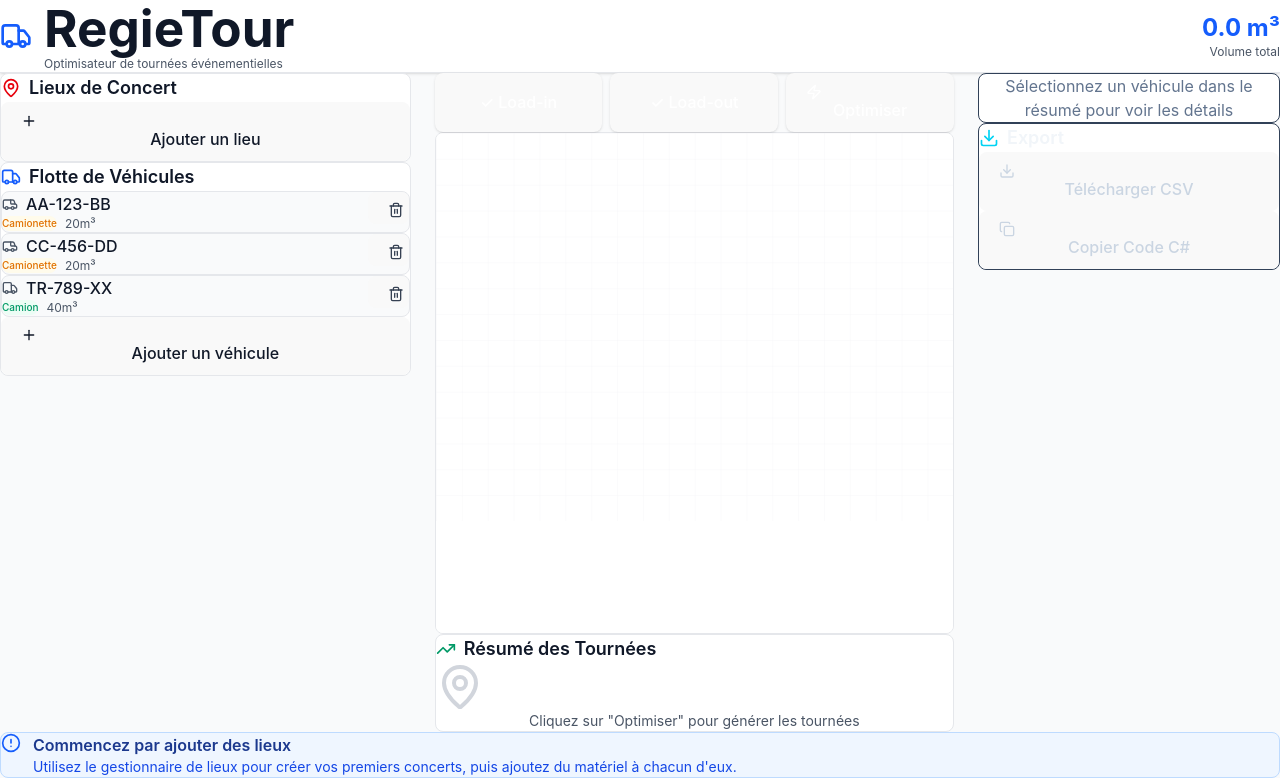
Repository: MaqlachMehdi/logipro
Page: /
An editor plug-in stored every save of this project. The page is shown before and after the next save, followed by the edit.
The browser window is 1280 px wide. The pictures show the whole page.
The project was rebuilt for these pictures with package versions that can differ from the ones it lists, and the page was loaded fresh each time. Also part of the build but not shown: vite.config.ts, src/components/ui/input.tsx, src/components/ui/label.tsx, src/components/VolumeEstimator.tsx, src/components/GearManager.tsx, src/components/ExportDatabase.tsx.

Above is the page before, as saved 2026-02-08 20:02:48.

### index.html
<!doctype html>
<html lang="en">
  <head>
    <meta charset="UTF-8" />
    <link rel="icon" type="image/svg+xml" href="/vite.svg" />
    <meta name="viewport" content="width=device-width, initial-scale=1.0" />
    <title>logipro</title>
  </head>
  <body>
    <div id="root"></div>
    <script type="module" src="/src/main.tsx"></script>
  </body>
</html>

### src/index.css
@import "tailwindcss";

* {
  margin: 0;
  padding: 0;
  box-sizing: border-box;
}

html {
  scroll-behavior: smooth;
}

body {
  background-color: #f8f9fa;
  color: #1a1a1a;
  font-family: -apple-system, BlinkMacSystemFont, 'Segoe UI', Roboto, 'Helvetica Neue', Arial, sans-serif;
  -webkit-font-smoothing: antialiased;
  -moz-osx-font-smoothing: grayscale;
}

/* Scrollbar styling */
::-webkit-scrollbar {
  width: 8px;
  height: 8px;
}

::-webkit-scrollbar-track {
  background: #f1f1f1;
}

::-webkit-scrollbar-thumb {
  background: #cbd5e1;
  border-radius: 4px;
}

::-webkit-scrollbar-thumb:hover {
  background: #94a3b8;
}
a:hover {
  color: #535bf2;
}

body {
  margin: 0;
  display: flex;
  place-items: center;
  min-width: 320px;
  min-height: 100vh;
}

h1 {
  font-size: 3.2em;
  line-height: 1.1;
}

button {
  border-radius: 8px;
  border: 1px solid transparent;
  padding: 0.6em 1.2em;
  font-size: 1em;
  font-weight: 500;
  font-family: inherit;
  background-color: #1a1a1a;
  cursor: pointer;
  transition: border-color 0.25s;
}
button:hover {
  border-color: #646cff;
}
button:focus,
button:focus-visible {
  outline: 4px auto -webkit-focus-ring-color;
}

@media (prefers-color-scheme: light) {
  :root {
    color: #213547;
    background-color: #ffffff;
  }
  a:hover {
    color: #747bff;
  }
  button {
    background-color: #f9f9f9;
  }
}

### src/components/index.tsx
export { FleetManager } from './FleetManager';
export { SpotManager } from './SpotManager';
export { VolumeEstimator } from './VolumeEstimator';
export { RouteSummary } from './RouteSummary';
export { MapPlanner } from './MapPlanner';
export { VehicleDetail } from './VehicleDetail';
export { ExportPanel } from './ExportPanel';
export { GearManager } from './GearManager';
export { ExportDatabase } from './ExportDatabase';

### src/utils/vrptw-solver.ts
import type { Vehicle, Spot, Route, Stop } from '../types';
import { GEAR_CATALOG } from './volume-data';


// Parse time string to minutes from midnight
function timeToMinutes(time: string | undefined): number {
  if (!time) return 0;
  const [hours, minutes] = time.split(':').map(Number);
  return hours * 60 + minutes;
}

// Format minutes back to time string
function minutesToTime(minutes: number): string {
  const hours = Math.floor(minutes / 60);
  const mins = minutes % 60;
  return `${hours.toString().padStart(2, '0')}:${mins.toString().padStart(2, '0')}`;
}

// Calculate distance using Haversine formula
function calculateDistance(lat1: number, lon1: number, lat2: number, lon2: number): number {
  const R = 6371; // Earth's radius in km
  const dLat = (lat2 - lat1) * Math.PI / 180;
  const dLon = (lon2 - lon1) * Math.PI / 180;
  const a =
    Math.sin(dLat/2) * Math.sin(dLat/2) +
    Math.cos(lat1 * Math.PI / 180) * Math.cos(lat2 * Math.PI / 180) *
    Math.sin(dLon/2) * Math.sin(dLon/2);
  const c = 2 * Math.atan2(Math.sqrt(a), Math.sqrt(1-a));
  return R * c;
}

interface UnassignedStop {
  spotId: string;
  spot: Spot;
  type: 'load-in' | 'load-out';
  earliest: number;
  latest: number;
  volume: number;
}

export function solveVRPTW(vehicles: Vehicle[], spots: Spot[], showLoadIn: boolean = true, showLoadOut: boolean = true): Route[] {
  const routes: Route[] = [];

  // Create unassigned stops from spots
  const unassignedStops: UnassignedStop[] = [];


  spots.forEach(spot => {
    // Calculate total volume for this spot from gear selections
    const spotVolume = spot.gearSelections.reduce((sum, sel) => {
      const gearItem = GEAR_CATALOG.find((g: any) => g.id === sel.gearId);
      return sum + (gearItem?.volume || 0) * sel.quantity;
    }, 0);

    // Load-in stop
    if (showLoadIn) {
      unassignedStops.push({
        spotId: spot.id,
        spot,
        type: 'load-in',
        earliest: timeToMinutes(spot.openingTime),
        latest: timeToMinutes(spot.concertTime),
        volume: spotVolume,
      });
    }

    // Load-out stop
    if (showLoadOut) {
      unassignedStops.push({
        spotId: spot.id,
        spot,
        type: 'load-out',
        earliest: timeToMinutes(spot.concertTime),
        latest: timeToMinutes(spot.closingTime),
        volume: spotVolume,
      });
    }
  });

  // Sort by earliest time (greedy approach)
  unassignedStops.sort((a, b) => a.earliest - b.earliest);

  // Assign stops to vehicles
  const availableVehicles = [...vehicles];
  const centerLat = 48.8566;
  const centerLon = 2.3522;

  while (unassignedStops.length > 0 && availableVehicles.length > 0) {
    const vehicle = availableVehicles.shift();
    if (!vehicle) break;

    const stops: Stop[] = [];
    let currentVolume = 0;
    let currentTime = 8 * 60; // Start at 8:00 AM
    let totalDistance = 0;

    let lastLat = centerLat;
    let lastLon = centerLon;

    // Try to assign stops to this vehicle
    for (let i = unassignedStops.length - 1; i >= 0; i--) {
      const stop = unassignedStops[i];

      // Check capacity
      if (currentVolume + stop.volume > vehicle.capacity) {
        continue;
      }

      // Calculate travel time (assume 30km/h average speed in city)
      const distance = calculateDistance(lastLat, lastLon, stop.spot.lat, stop.spot.lon);
      const travelTime = (distance / 30) * 60; // minutes
      const arrivalTime = currentTime + travelTime;

      // Check time window
      if (arrivalTime > stop.latest) {
        continue;
      }

      // Assign stop
      const serviceTime = 30; // 30 minutes for loading/unloading
      stops.push({
        venueId: stop.spotId,
        type: stop.type,
        time: minutesToTime(Math.max(arrivalTime, stop.earliest)),
        volume: stop.volume,
      });

      currentVolume += stop.volume;
      currentTime = Math.max(arrivalTime, stop.earliest) + serviceTime;
      totalDistance += distance;
      lastLat = stop.spot.lat;
      lastLon = stop.spot.lon;

      // Remove from unassigned
      unassignedStops.splice(i, 1);
    }

    // Return to depot
    const returnDistance = calculateDistance(lastLat, lastLon, centerLat, centerLon);
    totalDistance += returnDistance;

    if (stops.length > 0) {
      routes.push({
        vehicleId: vehicle.id,
        stops,
        totalDistance: Math.round(totalDistance * 10) / 10,
        totalVolume: Math.round(currentVolume * 10) / 10,
        utilization: Math.round((currentVolume / vehicle.capacity) * 100),
      });
    }
  }

  return routes;
}

### src/components/ui/index.tsx
export { Button } from './button';
export { Input } from './input';
export { Label } from './label';
export { Card, CardContent, CardHeader, CardTitle, CardDescription } from './card';

### src/utils/volume-data.ts
export const GEAR_CATALOG = [
  // Batterie & Percussion
  { id: 'drum-kit', name: 'Drum Kit Complete', category: 'Percussion', volume: 1.2 },
  { id: 'snare', name: 'Caisse Claire', category: 'Percussion', volume: 0.15 },
  { id: 'cymbals', name: 'Cymbales Pack', category: 'Percussion', volume: 0.3 },
  { id: 'percussion-extra', name: 'Percussion Extra', category: 'Percussion', volume: 0.5 },

  // Guitares & Basses
  { id: 'electric-guitar', name: 'Guitare Électrique', category: 'Guitares', volume: 0.1 },
  { id: 'bass-guitar', name: 'Basse', category: 'Guitares', volume: 0.12 },
  { id: 'acoustic-guitar', name: 'Guitare Acoustique', category: 'Guitares', volume: 0.15 },
  { id: 'guitar-amp', name: 'Ampli Guitare', category: 'Guitares', volume: 0.3 },
  { id: 'bass-amp', name: 'Ampli Basse', category: 'Guitares', volume: 0.4 },
  { id: 'pedalboard', name: 'Pedalboard', category: 'Guitares', volume: 0.08 },

  // Claviers
  { id: 'piano', name: 'Piano', category: 'Claviers', volume: 2.5 },
  { id: 'synth', name: 'Synthétiseur', category: 'Claviers', volume: 0.25 },
  { id: 'keyboard-stand', name: 'Stand Clavier', category: 'Claviers', volume: 0.15 },
  { id: 'organ', name: 'Orgue', category: 'Claviers', volume: 1.8 },

  // Sonorisation
  { id: 'pa-speaker', name: 'Enceinte PA', category: 'Sonorisation', volume: 0.4 },
  { id: 'subwoofer', name: 'Caisson de Bas', category: 'Sonorisation', volume: 0.6 },
  { id: 'mixing-console', name: 'Table de Mixage', category: 'Sonorisation', volume: 0.5 },
  { id: 'microphones', name: 'Pack Micros', category: 'Sonorisation', volume: 0.2 },
  { id: 'monitor', name: 'Moniteur Scène', category: 'Sonorisation', volume: 0.15 },

  // Éclairage
  { id: 'moving-head', name: 'Moving Head', category: 'Éclairage', volume: 0.3 },
  { id: 'led-bar', name: 'Barre LED', category: 'Éclairage', volume: 0.4 },
  { id: 'dimmer-rack', name: 'Gradateur', category: 'Éclairage', volume: 0.5 },
  { id: 'truss', name: 'Truss Section', category: 'Éclairage', volume: 0.8 },

  // Scène & Accessoires
  { id: 'flight-case', name: 'Flight Case', category: 'Accessoires', volume: 0.2 },
  { id: 'cable-box', name: 'Câbles Box', category: 'Accessoires', volume: 0.15 },
  { id: 'stand-rack', name: 'Stand Rack', category: 'Accessoires', volume: 0.25 },
  { id: 'backline-riser', name: 'Riser Backline', category: 'Accessoires', volume: 0.6 },
];

### src/components/VehicleDetail.tsx
import type { Route, Vehicle, Spot } from '../types';
import { Truck } from 'lucide-react';
import { GEAR_CATALOG } from '../utils/volume-data';
import { Card, CardContent, CardHeader, CardTitle } from './ui';

interface VehicleDetailProps {
  routes: Route[];
  vehicles: Vehicle[];
  spots: Spot[];
  selectedVehicleId: string | null;
}

function calculateDistance(lat1: number, lon1: number, lat2: number, lon2: number): number {
  const R = 6371;
  const dLat = (lat2 - lat1) * Math.PI / 180;
  const dLon = (lon2 - lon1) * Math.PI / 180;
  const a =
    Math.sin(dLat/2) * Math.sin(dLat/2) +
    Math.cos(lat1 * Math.PI / 180) * Math.cos(lat2 * Math.PI / 180) *
    Math.sin(dLon/2) * Math.sin(dLon/2);
  const c = 2 * Math.atan2(Math.sqrt(a), Math.sqrt(1-a));
  return R * c;
}

function estimateTime(distanceKm: number): number {
  const avgSpeed = 30;
  return (distanceKm / avgSpeed) * 60;
}

export function VehicleDetail({ routes, vehicles, spots, selectedVehicleId }: VehicleDetailProps) {
  if (!selectedVehicleId) {
    return (
      <Card className="bg-slate-800 border-slate-700">
        <CardContent className="p-8 text-center text-slate-500">
          Sélectionnez un véhicule dans le résumé pour voir les détails
        </CardContent>
      </Card>
    );
  }

  const route = routes.find(r => r.vehicleId === selectedVehicleId);
  const vehicle = vehicles.find(v => v.id === selectedVehicleId);

  if (!route || !vehicle) return null;

  const DEPOT = { lat: 48.8566, lon: 2.3522, name: 'Dépôt' };

  const waypoints = [
    { ...DEPOT, type: 'depot' as const },
    ...route.stops.map(stop => {
      const spot = spots.find(s => s.id === stop.venueId);
      return {
        lat: spot?.lat || 0,
        lon: spot?.lon || 0,
        name: spot?.name || 'Inconnu',
        type: stop.type,
        venueId: stop.venueId
      };
    }),
    { ...DEPOT, type: 'depot' as const }
  ];

  const legs = [];
  let totalDistance = 0;
  let totalTime = 0;

  for (let i = 0; i < waypoints.length - 1; i++) {
    const from = waypoints[i];
    const to = waypoints[i + 1];
    const dist = calculateDistance(from.lat, from.lon, to.lat, to.lon);
    const time = estimateTime(dist);

    totalDistance += dist;
    totalTime += time;

    legs.push({
      from: from.name,
      to: to.name,
      distance: dist,
      time: time
    });
  }

  const instrumentsByVenue = new Map<string, Map<string, number>>();
  const totalInstruments = new Map<string, number>();

  route.stops.forEach(stop => {
    const spot = spots.find(s => s.id === stop.venueId);
    if (!spot) return;

    if (!instrumentsByVenue.has(spot.name)) {
      instrumentsByVenue.set(spot.name, new Map());
    }

    spot.gearSelections.forEach(sel => {
      const gear = GEAR_CATALOG.find(g => g.id === sel.gearId);
      if (!gear) return;

      const venueMap = instrumentsByVenue.get(spot.name)!;
      venueMap.set(gear.name, (venueMap.get(gear.name) || 0) + sel.quantity);
      totalInstruments.set(gear.name, (totalInstruments.get(gear.name) || 0) + sel.quantity);
    });
  });

  return (
    <Card className="bg-slate-800 border-slate-700">
      <CardHeader>
        <CardTitle className="text-slate-100 flex items-center gap-2">
          <Truck className="w-5 h-5 text-amber-400" />
          Détails - {vehicle.name}
        </CardTitle>
      </CardHeader>
      <CardContent className="space-y-6">
        {/* Itineraire */}
        <div>
          <h3 className="text-sm font-semibold text-slate-300 mb-3">Itinéraire</h3>
          <div className="space-y-2">
            {legs.map((leg, idx) => (
              <div key={idx} className="flex items-center gap-3 text-xs">
                <div className="flex-1">
                  <p className="text-slate-300 font-medium">{leg.from}</p>
                  <p className="text-slate-500">↓</p>
                  <p className="text-slate-300 font-medium">{leg.to}</p>
                </div>
                <div className="text-right">
                  <p className="text-slate-400">{leg.distance.toFixed(1)}km</p>
                  <p className="text-slate-500">{leg.time.toFixed(0)}min</p>
                </div>
              </div>
            ))}
          </div>
        </div>

        {/* Statistiques */}
        <div className="grid grid-cols-2 gap-2">
          <div className="bg-slate-900 rounded-lg p-3">
            <p className="text-xs text-slate-500">Distance totale</p>
            <p className="text-lg font-bold text-emerald-400">{totalDistance.toFixed(1)}km</p>
          </div>
          <div className="bg-slate-900 rounded-lg p-3">
            <p className="text-xs text-slate-500">Temps estimé</p>
            <p className="text-lg font-bold text-blue-400">{(totalTime / 60).toFixed(1)}h</p>
          </div>
        </div>

        {/* Instruments */}
        <div>
          <h3 className="text-sm font-semibold text-slate-300 mb-3">Instruments transportés</h3>
          <div className="space-y-2 max-h-56 overflow-y-auto">
            {Array.from(totalInstruments.entries()).map(([name, qty]) => (
              <div key={name} className="flex justify-between items-center p-2 bg-slate-900/50 rounded text-xs">
                <span className="text-slate-300">{name}</span>
                <span className="text-slate-500">x{qty}</span>
              </div>
            ))}
          </div>
        </div>
      </CardContent>
    </Card>
  );
}

### src/components/ExportPanel.tsx
import { Card, CardContent, CardHeader, CardTitle } from './ui';
import { Button } from './ui/button';
import type { Route, Vehicle, Spot } from '../types';
import { Download, Copy } from 'lucide-react';

interface ExportPanelProps {
  routes: Route[];
  vehicles: Vehicle[];
  spots: Spot[];
}

export function ExportPanel({ routes, vehicles, spots }: ExportPanelProps) {
  const generateCSV = () => {
    let csv = 'Vehicle ID,Vehicle Name,Stop Type,Venue,Address,Time,Volume,Order\n';

    routes.forEach(route => {
      const vehicle = vehicles.find(v => v.id === route.vehicleId);
      if (!vehicle) return;

      route.stops.forEach((stop, index) => {
        const spot = spots.find(v => v.id === stop.venueId);
        csv += `${vehicle.id},${vehicle.name},${stop.type},"${spot?.name || 'Unknown'}","${spot?.address || 'Unknown'}",${stop.time},${stop.volume},${index + 1}\n`;
      });
    });

    return csv;
  };

  const downloadCSV = () => {
    const csv = generateCSV();
    const blob = new Blob([csv], { type: 'text/csv' });
    const url = URL.createObjectURL(blob);
    const a = document.createElement('a');
    a.href = url;
    a.download = `regietour-routes-${new Date().toISOString().split('T')[0]}.csv`;
    a.click();
    URL.revokeObjectURL(url);
  };

  const generateCSharpCode = () => {
    let code = `using System.Collections.Generic;\n\nnamespace RegieTour.Models\n{\n    public class RoutePlan\n    {\n        public string VehicleId { get; set; }\n        public string VehicleName { get; set; }\n        public List<Stop> Stops { get; set; }\n    }\n\n    public class Stop\n    {\n        public string VenueId { get; set; }\n        public string VenueName { get; set; }\n        public string StopType { get; set; }\n        public string Time { get; set; }\n        public double Volume { get; set; }\n    }\n\n    public class RouteCollection\n    {\n        public List<RoutePlan> Routes { get; set; } = new List<RoutePlan>();\n`;

    routes.forEach(route => {
      const vehicle = vehicles.find(v => v.id === route.vehicleId);
      if (!vehicle) return;

      code += `        public RoutePlan Route_${vehicle.id.replace('-', '_')} { get; set; } = new RoutePlan\n`;
      code += `        {\n`;
      code += `            VehicleId = "${vehicle.id}",\n`;
      code += `            VehicleName = "${vehicle.name}",\n`;
      code += `            Stops = new List<Stop>\n`;
      code += `            {\n`;

      route.stops.forEach(stop => {
        const spot = spots.find(v => v.id === stop.venueId);
        code += `                new Stop { VenueId = "${stop.venueId}", VenueName = "${spot?.name || ''}", StopType = "${stop.type}", Time = "${stop.time}", Volume = ${stop.volume} },\n`;
      });

      code += `            }\n`;
      code += `        };\n`;
    });

    code += `    }\n}`;
    return code;
  };

  const copyCSharpCode = () => {
    const code = generateCSharpCode();
    navigator.clipboard.writeText(code);
  };

  return (
    <Card className="bg-slate-800 border-slate-700">
      <CardHeader>
        <CardTitle className="text-slate-100 flex items-center gap-2">
          <Download className="w-5 h-5 text-cyan-400" />
          Export
        </CardTitle>
      </CardHeader>
      <CardContent className="space-y-3">
        <Button
          variant="outline"
          size="sm"
          className="w-full border-slate-600 text-slate-300 hover:bg-slate-700 justify-start"
          onClick={downloadCSV}
        >
          <Download className="w-4 h-4 mr-2" />
          Télécharger CSV
        </Button>
        <Button
          variant="outline"
          size="sm"
          className="w-full border-slate-600 text-slate-300 hover:bg-slate-700 justify-start"
          onClick={copyCSharpCode}
        >
          <Copy className="w-4 h-4 mr-2" />
          Copier Code C#
        </Button>
      </CardContent>
    </Card>
  );
}

### src/components/ui/button.tsx
import React from 'react';

type ButtonVariant = 'default' | 'outline' | 'ghost';
type ButtonSize = 'default' | 'sm' | 'lg';

interface ButtonProps extends React.ButtonHTMLAttributes<HTMLButtonElement> {
  variant?: ButtonVariant;
  size?: ButtonSize;
  children: React.ReactNode;
}

const variantStyles: Record<ButtonVariant, string> = {
  default: 'bg-blue-600 hover:bg-blue-700 text-white shadow-sm',
  outline: 'border border-gray-300 bg-white text-gray-900 hover:bg-gray-50',
  ghost: 'bg-transparent text-gray-700 hover:bg-gray-100',
};

const sizeStyles: Record<ButtonSize, string> = {
  default: 'px-4 py-2 text-sm',
  sm: 'px-3 py-1.5 text-xs',
  lg: 'px-6 py-3 text-base',
};

export function Button({
  variant = 'default',
  size = 'default',
  className = '',
  children,
  ...props
}: ButtonProps) {
  return (
    <button
      className={`rounded-lg font-medium transition-colors ${variantStyles[variant]} ${sizeStyles[size]} ${className}`}
      {...props}
    >
      {children}
    </button>
  );
}

### src/components/ui/card.tsx
import React from 'react';

export function Card({ children, className = '' }: { children: React.ReactNode; className?: string }) {
  return (
    <div className={`rounded-lg border border-gray-200 bg-white ${className}`}>
      {children}
    </div>
  );
}

export function CardContent({ children, className = '' }: { children: React.ReactNode; className?: string }) {
  return (
    <div className={`p-4 ${className}`}>
      {children}
    </div>
  );
}

export function CardHeader({ children, className = '' }: { children: React.ReactNode; className?: string }) {
  return (
    <div className={`px-4 pt-4 ${className}`}>
      {children}
    </div>
  );
}

export function CardTitle({ children, className = '' }: { children: React.ReactNode; className?: string }) {
  return (
    <h2 className={`text-lg font-semibold text-gray-900 ${className}`}>
      {children}
    </h2>
  );
}

export function CardDescription({ children, className = '' }: { children: React.ReactNode; className?: string }) {
  return (
    <p className={`text-sm text-gray-600 ${className}`}>
      {children}
    </p>
  );
}

Loaded but not shown: src/main.tsx (common file); src/App.tsx (272 lines, source omitted); src/components/FleetManager.tsx (201 lines, source omitted); src/components/SpotManager.tsx (195 lines, source omitted); src/components/MapPlanner.tsx (207 lines, source omitted); src/components/RouteSummary.tsx (133 lines, source omitted)

After the next save:
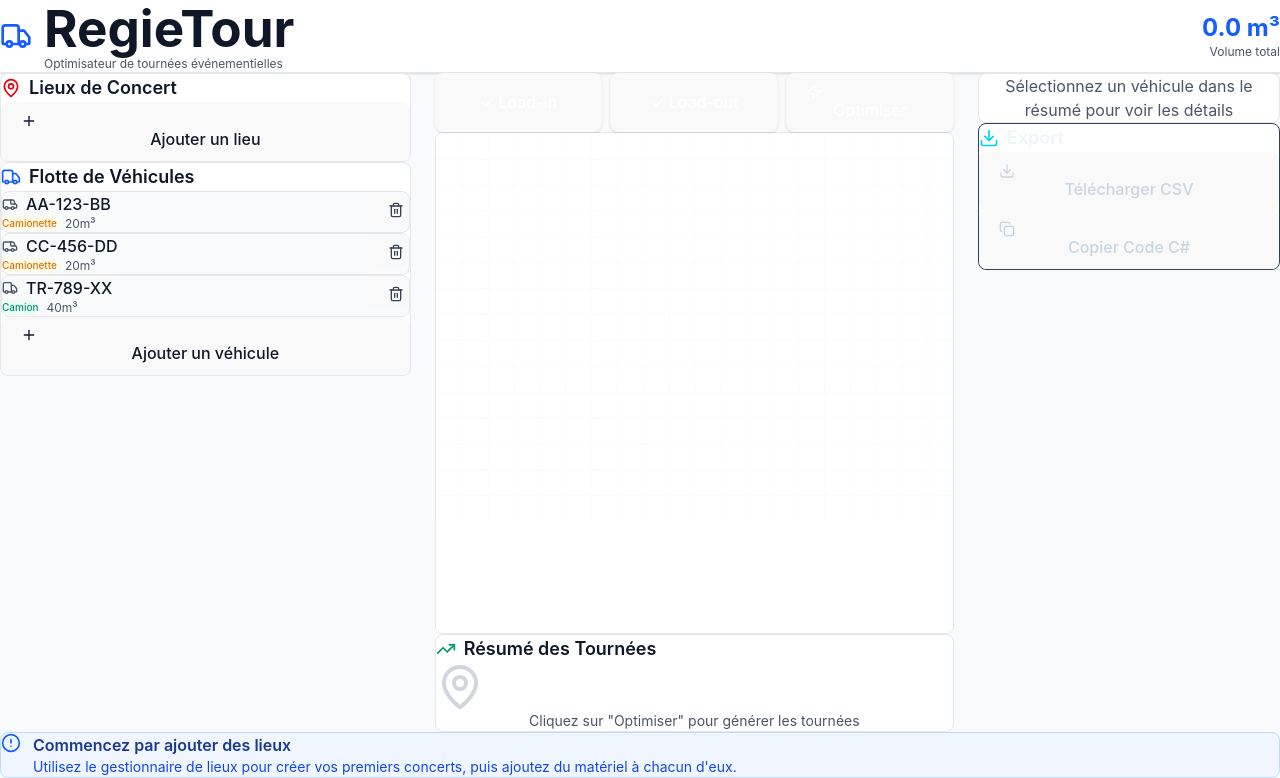
Saved 11 s later.
--- a/src/components/VehicleDetail.tsx
+++ b/src/components/VehicleDetail.tsx
@@ -30,8 +30,8 @@ function estimateTime(distanceKm: number): number {
 export function VehicleDetail({ routes, vehicles, spots, selectedVehicleId }: VehicleDetailProps) {
   if (!selectedVehicleId) {
     return (
-      <Card className="bg-slate-800 border-slate-700">
-        <CardContent className="p-8 text-center text-slate-500">
+      <Card className="bg-white border-gray-200">
+        <CardContent className="p-8 text-center text-gray-600">
           Sélectionnez un véhicule dans le résumé pour voir les détails
         </CardContent>
       </Card>
